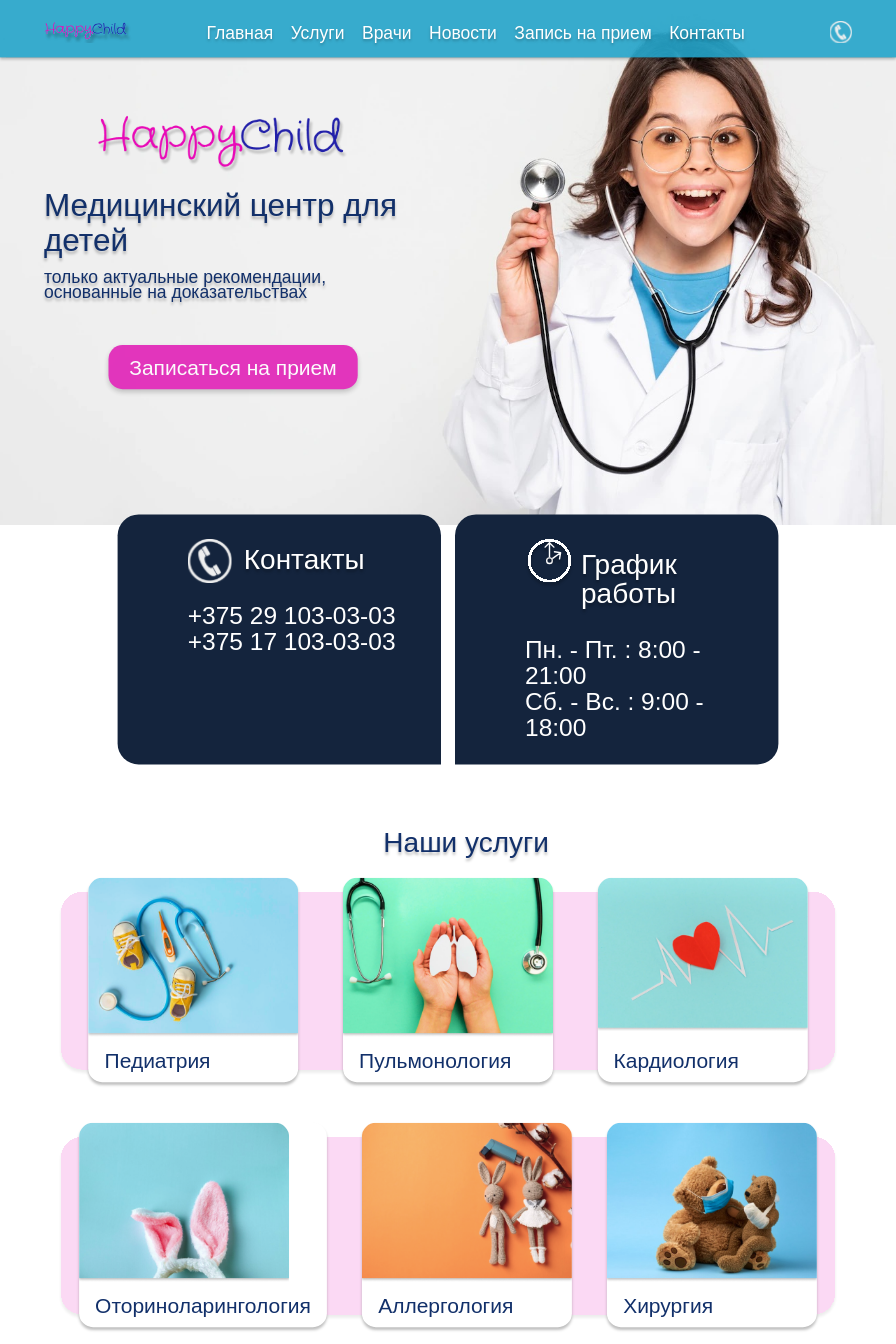
Repository: Normandy72/Landing-Page-Happy-Child
Page: index.html
The author's editor kept a copy of each file at every save. The page is drawn from the files as they stood at one save, then again after the next save.
The browser window is 1280 px wide. The pictures show the part of the page from y = 0 to 1920 px (the page is 8231 px tall), at 70% of full size.
Some web fonts or font styles are not loaded; a fallback is used.

Above is the page before, as saved 2022-11-12 18:21:03.

### index.html
<!DOCTYPE html>
<html lang="en">
<head>
    <meta charset="UTF-8">
    <meta http-equiv="X-UA-Compatible" content="IE=edge">
    <meta name="viewport" content="width=device-width, initial-scale=1.0">
    <link href="https://fonts.googleapis.com/css2?family=Neucha&display=swap" rel="stylesheet">
    <link href="https://fonts.googleapis.com/css2?family=Coustard:wght@400;900&display=swap" rel="stylesheet">
    <link rel="icon" href="resources/icon/stethoscope.ico" sizes="16x16">
    <link rel="icon" href="resources/icon/stethoscope.ico" sizes="32x32">
    <link rel="icon" href="resources/icon/stethoscope.ico" sizes="64x64">
    <link rel="stylesheet" href="styles/main.css">
    <title>Happy Child</title>
</head>

<body>
    <header>
        <div class="wrapper layout-3-columns">
            <a href="#">
                <div class="header__logo"></div>
            </a>
            <nav class="header__navigation">
                <a class = "navigation__link" href="#">Главная</a>
                <a class = "navigation__link" href="#">Услуги</a>
                <a class = "navigation__link" href="#">Врачи</a>
                <a class = "navigation__link" href="#">Новости</a>
                <a class = "navigation__link" href="#">Запись на прием</a>
                <a class = "navigation__link" href="#">Контакты</a>
            </nav>
            <a href="tel: +375291030303">
                <div class="header__phone"></div>
            </a>
        </div>
    </header>

    <main>
        <section class="section__main">
            <div class="wrapper">
                <div class="main__text">
                    <div class="main__logo"></div>
                    <h1>Медицинский центр для детей</h1>
                    <h5>только актуальные рекомендации, основанные на доказательствах</h5>
                    <button class="button button_accented">Записаться на прием</button>
                </div>
            </div>
        </section>

        <section class="section__information wrapper">
            <div class="information__block block__phone">
                <div class="block__icon"></div>
                <h2>Контакты</h2>
                <h3>+375 29 103-03-03</h3>
                <h3>+375 17 103-03-03</h3>
            </div>
            <div class="information__block block__shedule">
                <div class="block__icon"></div>
                <h2>График работы</h2>
                <h3>Пн. - Пт. :    8:00 - 21:00</h3>
                <h3>Сб. - Вс. :    9:00 - 18:00</h3>
            </div>
        </section>

        <section class="section__services">
            <div class="wrapper">
                <h2 class="heading_dark">Наши услуги</h2>
                <div class="divider"></div>
                <div class="services__cards layout-3-columns">
                    <div class="services__card">
                        <img src="resources/img/services/pediatria.png" alt="pediatria">
                        <h4>Педиатрия</h4>
                    </div>

                    <div class="services__card">
                        <img src="resources/img/services/pulmo.png" alt="pulmo">
                        <h4>Пульмонология</h4>
                    </div>

                    <div class="services__card">
                        <img src="resources/img/services/cardio.png" alt="cardio">
                        <h4>Кардиология</h4>
                    </div>
                </div>

                <div class="services__cards layout-3-columns">
                    <div class="services__card">
                        <img src="resources/img/services/lor.png" alt="lor">
                        <h4>Оториноларингология</h4>
                    </div>

                    <div class="services__card">
                        <img src="resources/img/services/allergo.png" alt="allergo">
                        <h4>Аллергология</h4>
                    </div>

                    <div class="services__card">
                        <img src="resources/img/services/surgery.png" alt="surgery">
                        <h4>Хирургия</h4>
                    </div>
                </div>

                <div class="services__cards layout-3-columns">
                    <div class="services__card">
                        <img src="resources/img/services/neuro.png" alt="neuro">
                        <h4>Неврология</h4>
                    </div>

                    <div class="services__card">
                        <img src="resources/img/services/endocryn.png" alt="endocryn">
                        <h4>Эндокринология</h4>
                    </div>

                    <div class="services__card">
                        <img src="resources/img/services/ophtalm.png" alt="ophtalm">
                        <h4>Офтальмология</h4>
                    </div>
                </div>

                <div class="services__cards layout-3-columns">
                    <div class="services__card">
                        <img src="resources/img/services/vaccination.png" alt="vaccination">
                        <h4>Вакцинация</h4>
                    </div>

                    <div class="services__card">
                        <img src="resources/img/services/usd.png" alt="usd">
                        <h4>УЗ-диагностика</h4>
                    </div>

                    <div class="services__card">
                        <img src="resources/img/services/stayhome.png" alt="stayhome">
                        <h4>Вызов врача на дом</h4>
                    </div>
                </div>
            </div>
        </section>

        <section class="section__addition">
            <div class="wrapper addition__info layout-2-columns">
                <div class="addition__text">
                    <h2>Записаться на прием онлайн</h2>
                    <h5>Записаться на приём можно в любое время суток и без выходных</h5>
                </div>
                <button class="button button_standart">Записаться онлайн</button>
            </div>
        </section>

        <section class="wrapper section__chief layout-2-columns">
            <div class="chief__foto"></div>
            <div class="chief__text">
                <div class="text__lines">
                    <div class="lines__line"></div>
                    <p>“</p>
                    <div class="lines__line"></div>
                </div>
                <h5>Счастливый ребенок – это, прежде всего, ребенок здоровый, и только потом уже читающий
                и играющий на скрипке.</h5>
                <div class="text__lines">
                    <div class="lines__line"></div>
                    <p>”</p>
                    <div class="lines__line"></div>
                </div>
                <div class="chief__signature">
                    <h5>Главный врач клиники</h5>
                    <img class="chief__logo" src="resources/icon/HappyChild_small.svg" alt="logo"></img>
                </div>
                <h5>Самуилова Инна Абрамовна</h5>
            </div>
        </section>

        <section class="wrapper section__doctors">
            <h2 class="heading_dark">Познакомьтесь с нашими специалистами</h2>
            <p>Мы гордимся тем, что являемся медицинским центром, где Ваши дети на первом месте!
                В кратчайшие сроки мы предоставляем медицинскую помощь высочайшего качества и индивидуальное лечение ведущими специалистами страны. </p>
            <div class="doctors__arrays">
                <div></div>
                <div></div>
            </div>
            <div class="doctors__cards">
                <div class="doctors__card">
                    <img src="resources/img/doctors/ivanov1.png" alt="ivanov1">
                    <h5>Иванов Илья Денисович</h5>
                    <h6>Врач-оториноларинголог</h6>
                </div>

                <div class="doctors__card">
                    <img src="resources/img/doctors/stanina1.png" alt="stanina1">
                    <h5>Станина Александра Ивановна</h5>
                    <h6>Врач-офтальмолог</h6>
                </div>

                <div class="doctors__card">
                    <img src="resources/img/doctors/tkachenko1.png" alt="tkachenko1">
                    <h5>Ткаченко Антонина Львовна</h5>
                    <h6>Врач-невролог</h6>
                </div>

                <div class="doctors__card">
                    <img src="resources/img/doctors/savenko1.png" alt="savenko1">
                    <h5>Савенко Алина Викторовна</h5>
                    <h6>Врач-педиатр</h6>
                </div>

                <div class="doctors__card">
                    <img src="resources/img/doctors/krotov1.png" alt="krotov1">
                    <h5>Кротов Алексей Геннадьевич</h5>
                    <h6>Врач-хирург</h6>
                </div>

                <div class="doctors__card">
                    <img src="resources/img/doctors/karpovich1.png" alt="karpovich1">
                    <h5>Карпович Анна Игоревна</h5>
                    <h6>Врач-кардиолог</h6>
                </div>

                <div class="doctors__card">
                    <img src="resources/img/doctors/akulich1.png" alt="akulich1">
                    <h5>Акулич Олег Васильевич</h5>
                    <h6>Врач-эндокринолог</h6>
                </div>

                <div class="doctors__card">
                    <img src="resources/img/doctors/astapenko1.png" alt="astapenko1">
                    <h5>Астапенко Ирина Эдуардовна</h5>
                    <h6>Врач УЗ-диагностики</h6>
                </div>
            </div>
        </section>

        <section>
            <div class="section__lines">
                <div></div>
                <div></div>
                <div></div>
            </div>
            <div class="wrapper section__news">
                <h2 class="heading_dark">Новости</h2>
                <div class="news_card">
                    <img src="resources/img/news/news1.png" alt="news1">
                    <h4>25. 07. 2022   15 : 00</h4>
                    <h3>Всемирный день здоровья полости рта</h3>
                    <h5>Взрослея, организм ребенка испытывает множество изменений. В честь Всемирного дня здоровья полости рта наши стоматологи расскажут родителям и детям, как заботиться о зубах и деснах в разных возрастных периодах, какие средства использовать, чтобы смена молочных зубов прошла легко и безболезненно, и еще много-много полезного!</h5>
                    <a href="#">Подробнее...</a>
                </div>

                <div class="news_card">
                    <img src="resources/img/news/news2.png" alt="news1">
                    <h4>27. 07. 2022   13 : 30</h4>
                    <h3>Европейская неделя иммунизации</h3>
                    <h5>Знаете ли Вы, что иммунизация является единственным и надежным способом борьбы с эпидемиологическими заболеваниями, такими как корь, полиомиелит, эпидемический паротит и др.? В рамках Европейской недели иммунизации врач-педиатр Савенко Алина Викторовна познакомит Вас с текущим календарем профилактических прививок и ответит на все волнующие Вас вопросы! </h5>
                    <a href="#">Подробнее...</a>
                </div>

                <div class="news_card">
                    <img src="resources/img/news/news3.png" alt="news1">
                    <h4>28. 07. 2022    16 : 00</h4>
                    <h3>Международный день офтальмологии</h3>
                    <h5>Ухудшение зрения может лишить человека возможности заниматься любимым делом. Хорошо, что современная офтальмология обладает широкими возможностями для лечения многих заболеваний глаз.  Приходите к нам в Международный день офтальмологии и узнайте, что рекомендуют специалисты для профилактии заболеваний глаз.</h5>
                    <a href="#">Подробнее...</a>
                </div>
            </div>
        </section>

        <section class="section__addition">
            <div class="wrapper addition__info layout-2-columns">
                <div class="addition__text">
                    <h2>Подписаться на рассылку</h2>
                    <h5>Будьте в курсе новостей !</h5>
                </div>
                <form class="addition__form">
                    <input class = "addition__input" type="text" value="Email">
                    <button class="button button_standart">Подписаться</button>
                </form>
            </div>
        </section>

        <section class="wrapper section__callback">
            <div class="callback__form">
                <h2 class="heading_dark">Остались вопросы?</h2>
                <h5>Оставьте заявку, мы Вам перезвоним!</h5>
                <form action="">
                    <input class="callback__input" type="text" value="Ваше имя">
			        <input class="callback__input" type="tel" placeholder="Номер телефона" pattern="+375(29,17,33,44)[0-9]{3}-[0-9]{2}-[0-9]{2}" required>
			        <select class="callback__input" name="menu" size="1">
				        <option>Желаемая услуга</option>
				        <option value="ped">Педиатрия</option>
				        <option value="pulmo">Пульмонология</option>
				        <option value="cardio">Кардиология</option>
				        <option value="lor">Оториноларингология</option>
				        <option value="allergo">Аллергология</option>
				        <option value="surg">Хирургия</option>
				        <option value="neuro">Неврология</option>
				        <option value="endocryn">Эндокринология</option>
				        <option value="ophtalm">Офтальмология</option>
				        <option value="vaccin">Вакцинация</option>
				        <option value="usd">УЗ-диагностика</option>
				        <option value="stayhome">Вызов врача на дом</option>
			        </select>
			        <input class="callback__input" type="date" value="2022-01-01" min="2022-01-01" max="2022-12-31">
                    <label class="callback__checkbox">
                        <input type="checkbox">
                        Я даю согласие на хранение и обработку персональных данных
                    </label>
			        <button class="button button_standart">Оставить заявку</button>
                </form>
            </div>
            <div class="callback__photo"></div>
        </section>

        <section class="wrapper section__contacts">
            <h2 class="heading_dark">Ждем Вас в нашем центре !</h2>
            <div class="contacts__info">
                <h3>Контакты</h3>
                <h5>Мы находимся по адресу:</h5>
                <h4>г. Минск, ул. Матусевича, 70</h4>
                <h5>Связаться:</h5>
                <a href="tel: +375291030303">+375 29 103-03-03</a>
                <a href="tel: +375171030303">+375 17 103-03-03</a>
                <h5>Мы в соц. сетях:</h5>
                <div class="contacts__social">
                    <a href="#"></a>
                </div>
                <div class="contacts__social">
                    <a href="#"></a>
                </div>
                <div class="contacts__social">
                    <a href="#"></a>
                </div>
            </div>
            <div class="contacts__map">
                <iframe src="https://www.google.com/maps/embed?pb=!1m18!1m12!1m3!1d2349.7572817965843!2d27.4501670158107!3d53.91828888010291!2m3!1f0!2f0!3f0!3m2!1i1024!2i768!4f13.1!3m3!1m2!1s0x46dbc52f35b245d3%3A0x98f1d72de22c93c4!2z0YPQu9C40YbQsCDQnNCw0YLRg9GB0LXQstC40YfQsCA3MCwg0JzQuNC90YHQug!5e0!3m2!1sru!2sby!4v1659879735812!5m2!1sru!2sby" width="50%" height="562px" style="border:0;" allowfullscreen="" loading="lazy" referrerpolicy="no-referrer-when-downgrade"></iframe>
            </div>
        </section>
    </main>

    <footer>
        <div class="wrapper">
            <h5>ООО “HappyChild” © 2022</h5>
            <a href="#">Политика конфиденциальности</a>
        </div>
    </footer>
</body>
</html>

### styles/main.css
@import url(base.css);
@import url(buttons.css);
@import url(footer.css);
@import url(form.css);
@import url(header.css);
@import url(headings.css);
@import url(layouts.css);
@import url(links.css);
@import url(section_addition.css);
@import url(section_chief.css);
@import url(section_information.css);
@import url(section_main.css);
@import url(section_services.css);
@import url(variables.css);

### styles/base.css
*{
    margin: 0;
    padding: 0;
    box-sizing: border-box;
}

html{
    scroll-behavior: smooth;
}

body{
    font-family: var(--main-font);
    font-size: 10px;
    color: var(--text-dark-color);
}

.wrapper{
    max-width: 1180px;
    min-width: 480px;
    padding: 0 1%;
    margin: auto;
}

.divider{
    width: 100%;
}

### styles/buttons.css
.button{
    border-radius: 20px;
    border: none;
    filter: drop-shadow(0px 4px 4px rgba(0, 0, 0, 0.25));
    padding: 15px 30px;
    opacity: 0.8;

    font-family: var(--main-font);
    font-style: normal;
    font-weight: 400;
    font-size: var(--buttons-font-size);
    line-height: 33px;
    display: flex;
    align-items: center;
    text-align: center;
    color: var(--buttons-text-color);
}

.button_accented{
    background-color: var(--accented-button-color);
}

.button_standart{
    background-color: var(--standart-button-color);
}

.button:hover{
    cursor: pointer;
    opacity: 1;
}

### styles/header.css
header{
    width: 100%;
    background-color: var(--header-color);
    box-shadow: var(--shadow);
    position: fixed;
    top: 0;
    z-index: 2;
}

header .wrapper{
    padding-top: 30px;
    padding-bottom: 20px;
}

.header__logo{
    background-image: url(../resources/icon/HappyChild_small.svg);
    background-repeat: no-repeat;
    width: 136px;
    height: 31px;
}

.header__logo:hover{
    transform: scale(1.2);
    transition-duration: 0.5s;
}

.header__navigation{
    display: flex;
    align-items: center;
    justify-content: space-between;
}

.navigation__link{
    padding-right: 25px;
}

.header__phone{
    background-image: url(../resources/icon/phone.svg);
    background-repeat: no-repeat;
    width: 32px;
    height: 32px;
}

.header__phone:hover{
    transform: scale(1.2);
    transition-duration: 0.5s;
}

### styles/headings.css
h1{
    font-size: var(--h1-font-size);
    font-style: normal;
    font-weight: 400;
    line-height: 50px;
}

h2{
    font-size: var(--h2-font-size);
    font-style: normal;
    font-weight: 400;
    line-height: 42px;
    text-shadow: var(--shadow);
}

h3{
    font-size: var(--h3-font-size);
    font-style: normal;
    font-weight: 400;
    line-height: 37px;
}

h4{
    font-size: var(--h4-font-size);
    font-style: normal;
    font-weight: 400;
    line-height: 32px;
}

h5{
    font-size: var(--h5-font-size);
    font-style: normal;
    font-weight: 400;
    line-height: 22px;
}

h6{

}

### styles/layouts.css
.layout-3-columns{
    display: flex;
    align-items: center;
    justify-content: space-between;
    flex-wrap: wrap;
    flex-basis: 33%;
}

.layout-2-columns{
    display: flex;
    align-items: center;
    justify-content: space-between;
    flex-wrap: wrap;
    flex-basis: 45%;
}

### styles/links.css
a{
    text-decoration: none;
    color: var(--links-color);
    text-shadow: var(--shadow);
    font-size: var(--links-font-size);
}

a:hover{
    cursor: pointer;
    color: var(--links-hover-color);
    transition: var(--transition);
}

### styles/section_addition.css
.section__addition{
    color: var(--text-ligth-color);
    background-color: var(--added-blocks-color);
}

.addition__info{
    padding: 36px 10px;
}

### styles/section_information.css
.section__information{
    margin-top: -15px;
    display: flex;
    justify-content: center;
    color: var(--text-ligth-color);
    margin-bottom: 150px;
}

.information__block{
    width: 40%;
    background-color: var(--added-blocks-color);
    padding: 35px 60px 35px 100px;
}

.information__block h2{
    margin: -55px 0 40px 80px;
}

.block__phone{
    border-radius: 30px 30px 0 30px;
    margin-right: 10px;
}

.block__shedule{
    border-radius: 30px 30px 30px 0;
    margin-left: 10px;
}

.block__icon{
    background-size: contain;
    background-repeat: no-repeat;
}

.block__phone .block__icon{
    width: 63px;
    height: 63px;
    background-image: url(../resources/icon/phone.svg);
}

.block__shedule .block__icon{
    width: 70px;
    height: 70px;
    background-image: url(../resources/icon/watch.svg);
}

### styles/section_main.css
.section__main{
    width: 100%;
    height: 750px;
    background-image: url(../resources/img/girl.jpg);
    background-size: cover;
    background-repeat: no-repeat;
}

.main__text{
    padding-top: 165px;
    width: 540px;
    display: flex;
    flex-direction: column;
    align-items: center;
}

.main__logo{
    background-image: url(../resources/icon/HappyChild_big.png);
    background-repeat: no-repeat;
    width: 388px;
    height: 99px;
    margin-bottom: 5px;
}

.main__text h1{
    padding-bottom: 15px;
    text-shadow: var(--shadow);
}

.main__text h5{
    padding-bottom: 65px;
    text-shadow: var(--shadow);
}

### styles/section_services.css
.section__services .layout-3-columns{
    justify-content: space-evenly;
}

.section__services h2{
    display: block;
    margin: -60px 0 40px 42%;
}

.services__cards{
    background-image: url(../resources/img/line.svg);
    background-position: center;
    background-repeat: no-repeat;
    margin-bottom: 68px;
}

.services__card{
    background-color: var(--cards-color);
    border-radius: 20px;
    box-shadow: var(--shadow);
    margin-top: -10px;
}

.services__card img{
    border-radius: 20px 20px 0 0;
}

.services__card h4{
    padding: 15px 23px;
}

.services__card:hover{
    transform: scale(1.1);
    transition-duration: 0.5s;
    cursor: pointer;
}

### styles/variables.css
:root{
    /* fonts */
    --main-font: 'Neucha', Arial, cursive;
    --second-font:'Coustard', Arial;

    /* font sizes */
    --h1-font-size: 45px;
    --h2-font-size: 40px;
    --h3-font-size: 35px;
    --h4-font-size: 30px;
    --h5-font-size: 25px;
    --links-font-size: 25px;
    --buttons-font-size: 30px;

    /* colors */
    --header-color: rgba(35, 164, 201, 0.9);
    --links-color:  #FFFFFF;
    --links-hover-color: #12306A;
    --text-dark-color:#12306A;
    --text-ligth-color:#FFFFFF;
    --buttons-text-color: #FFFFFF;
    --accented-button-color: hsl(313, 94%, 45%);
    --standart-button-color:rgba(35, 164, 201);
    --added-blocks-color: #14243D;
    --cards-color: white;

    /* transition */
    --transition: all .3s ease-out;

    /* Other */
    --shadow: 0px 4px 4px rgba(0, 0, 0, 0.25);
}

Loaded but not shown: styles/section_chief.css (60 lines, source omitted); styles/footer.css (no copy from this time; the picture is the same without it); styles/form.css (no copy from this time; the picture is the same without it)

After the next save:
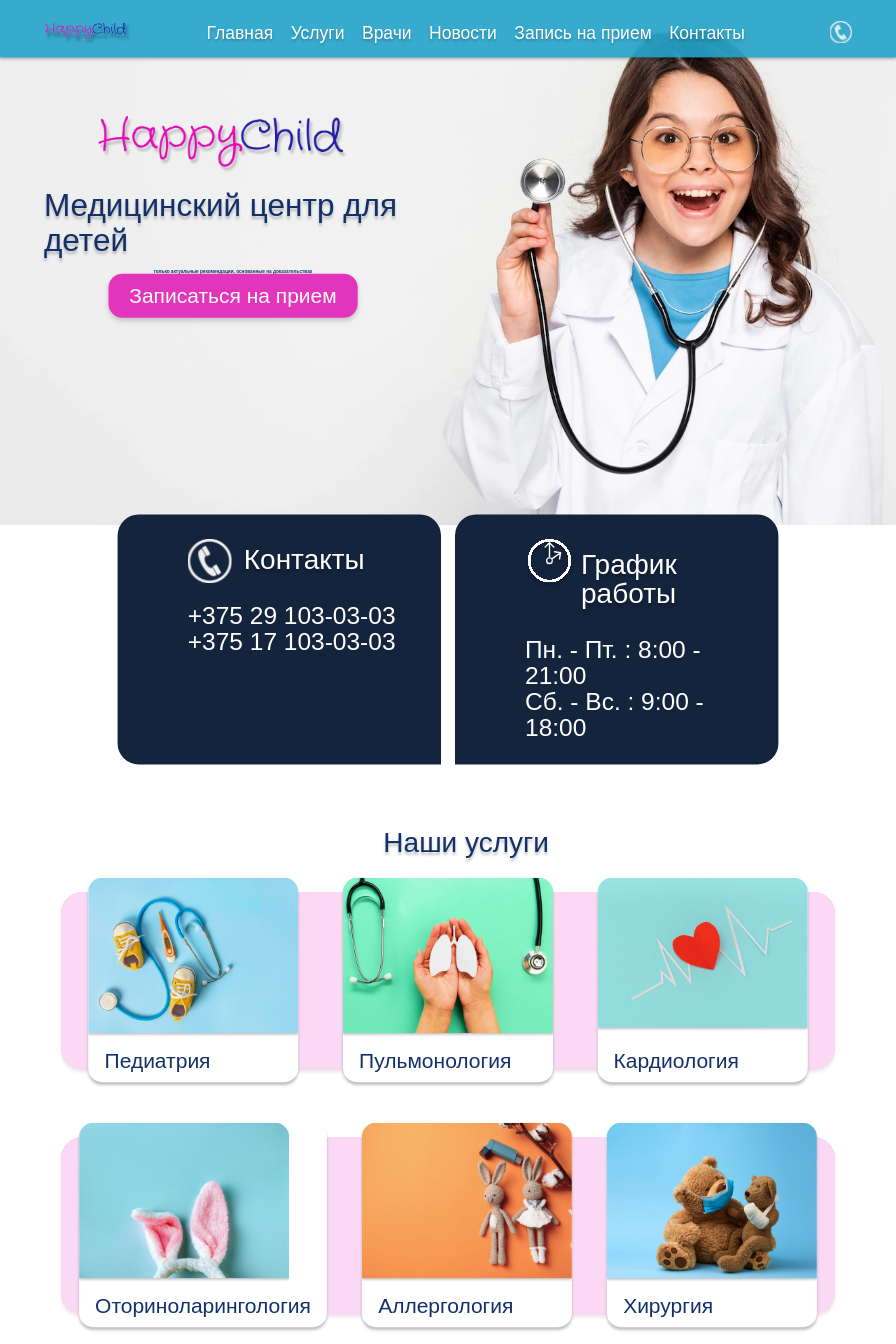
Saved 33 s later.
--- a/index.html
+++ b/index.html
@@ -39,7 +39,7 @@
                 <div class="main__text">
                     <div class="main__logo"></div>
                     <h1>Медицинский центр для детей</h1>
-                    <h5>только актуальные рекомендации, основанные на доказательствах</h5>
+                    <h6>только актуальные рекомендации, основанные на доказательствах</h6>
                     <button class="button button_accented">Записаться на прием</button>
                 </div>
             </div>
